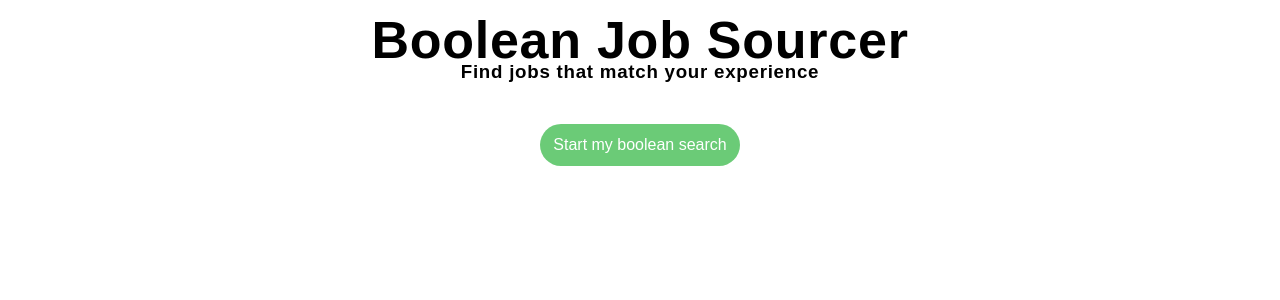
Repository: Rthompson2548/boolean-job-searcher
Page: /
These files come from the project's save history. The page is drawn as it stood at one moment and after the next save; the edit follows.
The browser window is 1280 px wide. The pictures show the whole page.
The project was rebuilt for these pictures with package versions that can differ from the ones it lists, and the page was loaded fresh each time.

Above is the page before, as saved 2022-03-26 11:23:41.

### public/index.html
<!DOCTYPE html>
<html lang="en">
  <head>
    <meta charset="utf-8" />
    <link rel="icon" href="%PUBLIC_URL%/favicon.ico" />
    <meta name="viewport" content="width=device-width, initial-scale=1" />
    <meta name="theme-color" content="#000000" />
    <meta
      name="description"
      content="Web site created using create-react-app"
    />
    <link rel="preconnect" href="https://fonts.googleapis.com">
    <link rel="preconnect" href="https://fonts.gstatic.com" crossorigin>
    <link href="https://fonts.googleapis.com/css2?family=Inconsolata&family=League+Spartan&display=swap" rel="stylesheet">

    <title>React App</title>
  </head>
  <body>
    <noscript>You need to enable JavaScript to run this app.</noscript>
    <div id="root"></div>
    <!--
      This HTML file is a template.
      If you open it directly in the browser, you will see an empty page.

      You can add webfonts, meta tags, or analytics to this file.
      The build step will place the bundled scripts into the <body> tag.

      To begin the development, run `npm start` or `yarn start`.
      To create a production bundle, use `npm run build` or `yarn build`.
    -->
  </body>
</html>

### src/App.js
import "./styles.css";
// import { CopyToClipboard } from "react-copy-to-clipboard";
import React, { useState, useEffect, useRef } from "react";

export default function App() {
  let searchCategories = [
    "Experience",
    "Location",
    "Tech Stack",
    "Title",
    "Technologies",
    "Company"
  ];

  let defaultCategories = [
    {
      id: 1,
      name: "Experience",
      placeholders: ["Junior", "Entry", "Grad", "Student"]
    },
    {
      id: 2,
      name: "Location",
      placeholders: ["Junior", "Entry", "Grad", "Student"]
    },
    {
      id: 3,
      name: "End",
      placeholders: ["Junior", "Entry", "Grad", "Student"]
    },
    {
      id: 4,
      name: "Title",
      placeholders: ["Junior", "Entry", "Grad", "Student"]
    },
    {
      id: 5,
      name: "Technologies",
      placeholders: ["Junior", "Entry", "Grad", "Student"]
    },
    {
      id: 6,
      name: "Company Name",
      placeholders: ["Junior", "Entry", "Grad", "Student"]
    }
  ];

  const [copyString, setCopyString] = useState("");
  const [addCategory, setAddCategory] = useState(false);
  const [addCategoryBtnText, setAddCategoryBtnText] = useState(
    "Start my boolean search"
  );
  const [category, setCategory] = useState("");
  const [categoryChosen, setCategoryChosen] = useState(false);
  const [categoryOptions, setCategoryOptions] = useState(false);
  const [showCategoryForm, setShowCategoryForm] = useState(false);
  const [showNewCategoryButton, setShowNewCategoryButton] = useState(true);
  const [showName, setShowName] = useState(false);
  const [showForm, setShowForm] = useState(false);
  const [showAddWordBtn, setShowAddWordBtn] = useState(false);
  const [word, setWord] = useState("");
  const [list, setList] = useState([]);
  const [show, setShow] = useState(false);
  const [finishBtn, setFinishBtn] = useState(false);
  const [finished, setFinished] = useState(false);
  const [result, setResult] = useState([]);
  const [doneWarning, setDoneWarning] = useState(false);
  const [goodbyeMessage, setGoodbyeMessage] = useState(false);

  const handleNewCategory = () => {
    setCategory("");
    setAddCategoryBtnText("Add a category");
    setShowNewCategoryButton(false);
    setFinishBtn(false);
    setCategoryOptions(true);
    setCategoryChosen(false);
  };

  const handleCustomCategory = () => {
    setShowCategoryForm(true);
    setCategoryOptions(false);
  };

  const handleCategoryNameChange = (event) => {
    setCategory(event.target.value);
  };

  const submitCategory = () => {
    setAddCategory(false);
    setShowName(true);
    setShowNewCategoryButton(false);
    setShowAddWordBtn(true);
    setShowForm(true);
    setShowCategoryForm(false);
  };

  const handleAddWord = () => {
    setShowForm(true);
    setCategoryOptions(false);
    setCategoryChosen(true);
  };

  const handleCategoryClick = (event) => {
    setCategory(event.target.value);
    setCategoryChosen(true);
  };

  const handleWordChange = (event) => {
    setWord(event.target.value);
  };

  const [noLetters, setNoLetters] = useState(false);

  const submitAsteriskWord = () => {
    if (word.length <= 1) {
      setNoLetters(true);
    } else {
      setList((prevList) => [...prevList, `"${word}*"`]);
      setWord("");
      setShow(true);
      console.log(word);
    }
  };

  const submitWord = () => {
    if (word.length <= 1) {
      setNoLetters(true);
    } else {
      setList((prevList) => [...prevList, `"${word}"`]);
      setWord("");
      setShow(true);
      console.log(word);
    }
  };

  useEffect(() => {
    setCategory(category);
  }, [category]);

  let booleanString = `(${list.join(" OR ")})`;

  const handleSubmitCategoryWords = () => {
    setShowNewCategoryButton(true);
    setShow(false);
    setShowName(false);
    setShowForm(false);
    setFinishBtn(true);
    setResult((previousResult) => [...previousResult, booleanString]);
    console.log(result.join(" AND "));
    console.log(`list: ${list}`);
    setList([]);
    console.log(`list: ${list}`);
    setCopyString(result.join(" AND "));
  };

  const handleGenerateString = () => {
    setFinished(true);
    setFinishBtn(false);
    setShowNewCategoryButton(false);
    setDoneWarning(false);
    // setGoodbyeMessage(true);
  };

  const handleDone = () => {
    setDoneWarning(true);
    setFinished(false);
  };

  const handleConfirmFinished = () => {
    setDoneWarning(false);
    setGoodbyeMessage(true);
    setShow(false);
    setFinished(false);
  };

  return (
    <div className="App">
      <div className="header">
        <h1 className="app-title">Boolean Job Sourcer</h1>
        <h3>Find jobs that match your experience</h3>
      </div>

      {/* <h4>Generate boolean strings to find jobs that match your experience</h4> */}

      {categoryOptions === true && (
        <div>
          <div>
            <p>Click a category below to start</p>
            {/* <br /> */}

            {/* iterates through array of category names and returns a button for each */}
            <div className="category-btns">
              {searchCategories.map((value, i) => (
                <button
                  id="category-btn"
                  className="category-btn"
                  key={i}
                  value={searchCategories[i]}
                  onClick={handleCategoryClick}
                >
                  {value}
                </button>
              ))}

              {/* displays the category name form on click */}
              {/* <button onClick={handleCustomCategory}>Other</button> */}
              <br />
            </div>

            {categoryChosen === true && (
              <button className="continue-btn" onClick={handleAddWord}>
                Continue
              </button>
            )}

            {/* <br /> */}
          </div>
        </div>
      )}

      {showCategoryForm === true && (
        <div>
          <label>Enter a custom category name</label>
          <input
            placeholder="Enter category name"
            onChange={handleCategoryNameChange}
            value={category}
          />
          {/* <br /> */}
          <button onClick={submitCategory}>Submit</button>
        </div>
      )}

      {showForm === true && (
        <div className="keyword-form">
          <h2>{category}</h2>

          <div className="keyword-form-info">
            <div>
              <label>Enter 1 or more keywords</label>
            </div>
            <input
              placeholder="Enter two or more letters..."
              value={word}
              onChange={handleWordChange}
            />
          </div>

          <div className="keyword-btns">
            <button onClick={submitWord}>Include exact keyword</button>
            <button onClick={submitAsteriskWord}>
              Include similar keywords
            </button>
          </div>
        </div>
      )}

      {show === true && (
        <div className="keyword-string">
          {/* <h3>Keywords:</h3> */}
          <h4>{booleanString}</h4>
        </div>
      )}

      {showForm === true && (
        <div>
          {/* <br /> */}
          <button className="continue-btn" onClick={handleSubmitCategoryWords}>
            Continue
          </button>
        </div>
      )}

      {showNewCategoryButton === true && (
        <div>
          <button className="start-btn" onClick={handleNewCategory}>
            {addCategoryBtnText}
          </button>
        </div>
      )}

      {finishBtn === true && (
        <div>
          <button className="done-btn" onClick={handleGenerateString}>
            Submit
          </button>
          {/*
          <CopyToClipboard text={copyString}>
            <button>Copy</button>;
          </CopyToClipboard> */}
        </div>
      )}

      {finished === true && (
        <div className="boolean-string">
          {/* <p>Your boolean string:</p> */}
          <p value={copyString}>{result.join(" AND ")}</p>
          <button className="done-btn" onClick={handleDone}>
            Done
          </button>
        </div>
      )}

      {doneWarning === true && (
        <div className="boolean-string">
          <p>Are you sure? This cannot be undone</p>
          <button className="done-btn" onClick={handleConfirmFinished}>
            Yes, I am done
          </button>
        </div>
      )}

      {goodbyeMessage === true && (
        <div className="goodye-msg boolean-string">
          <p>Goodbye!</p>
          {/* <p value={copyString}>{result.join(" AND ")}</p> */}
          <button
            className="home-btn"
            onClick={() => window.location.reload(false)}
          >
            Home
          </button>
        </div>
      )}
    </div>
  );
}

### src/styles.css
* {
  margin: 0;
  padding: 0;
  background-color: #fff;
  color: #000;
  /* padding: 18px 0; */
}

.App {
  font-family: sans-serif;
  text-align: center;
  letter-spacing: 0.75px;
}

.header {
  line-height: 2rem;
  letter-spacing: 0.75px;
  padding: 24px 0;
}

img {
  width: 250px;
  height: auto;
}

button {
  padding: 12px 36px;
  width: 200px;
  border-radius: 25px;
  background-color: #fff;
  color: #000;
  border: none;
  margin: 12px 0 0 0;
  font-size: 16px;
}

.app-title {
  /* margin-top: 20px; */
  font-size: 52px;
}

.start-btn {
  background-color: #6bcb77;
  color: #fff;
  /* margin-top: 25%; */
  padding: 12px;
}

input {
  background-color: #fff;
  font-size: 16px;
  color: #000;
  /* height: 6px; */
  /* padding: 16px 0 16px 12px; */
  border: 1px solid black;
  border-radius: 10px;
}

.category-btns {
  /* center the element */
  right: 0;
  left: 0;
  margin-right: auto;
  margin-left: auto;
  display: flex;
  flex-direction: column;
  align-items: center;
}

.category-btns button {
  background-color: #ff6b6b;
  color: #fff;
}

.category-buttons button:active,
button:focus {
  /* color: #fff !important;
  background-color: #FFD93D !important; */
}

.category-buttons button:visited:after {
  color: #fff !important;
  background-color: #000 !important;
}

.continue-btn {
  background-color: #4d96ff;
  color: #fff;
}

.keyword-form-info {
  margin-top: 24px;
}

.keyword-form-info input {
  padding: 10px 24px 10px 10px;
  margin-top: 16px;
}

.keyword-btns {
  display: flex;
  justify-content: center;
}

.keyword-btns button {
  background-color: #ff6b6b;
  color: #fff;
  font-size: 14px;
  padding: 10px 23px;
  margin: 16px 12px;
}

.keyword-string {
  padding: 20px;
  font-size: 20px;
  line-height: 2rem;
}

.goodye-msg {
  /* padding-top: 25%; */
  font-size: 42px !important;
}

.goodye-msg button {
  /* background-color: #4D96FF !important; */
  /* vertical-align: middle !important; */
}

.boolean-string {
  font-size: 24px;
  font-weight: bold;
  padding-top: 25%;
}

.boolean-string button {
  background-color: #fa58bc;
  color: #fff;
}

.done-btn {
  background-color: #4d96ff !important;
  color: #fff;
  margin-top: 1.5rem;
}

.home-btn {
  background-color: #6bcb77 !important;
}

Loaded but not shown: src/index.js (common file); src/index.css (no stored copy; drawn as an empty file)

After the next save:
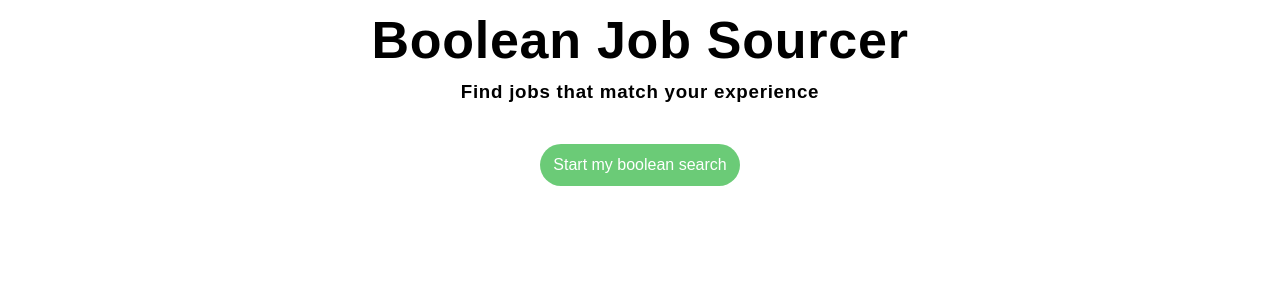
Saved 14 s later.
--- a/src/styles.css
+++ b/src/styles.css
@@ -35,7 +35,7 @@
 }
 
 .app-title {
-  /* margin-top: 20px; */
+  margin-bottom: 20px;
   font-size: 52px;
 }
 
